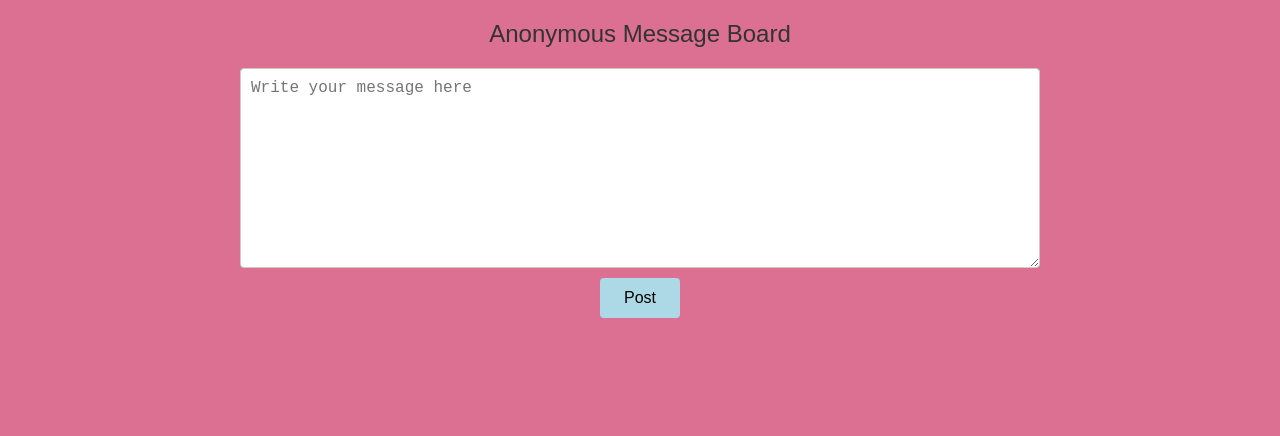
Repository: pilar122/tycha-os
Page: html1.html
An editor plug-in stored every save of this project. The page is shown before and after the next save, followed by the edit.
The browser window is 1280 px wide. The pictures show the whole page.

Above is the page before, as saved 2023-01-06 11:49:38.

### html1.html
<DOCTYPE html>
    <html>
        <head>
            <title>Tychaios</title>
            <link rel="stylesheet" type="text/css" href="style.css">
        </head>
        <body>
            <div id="container">
                <h1> Anonymous Message Board</h1>
                <form id ="message-form">
                    <textarea id="message" placeholder="Write your message here"></textarea>
                    <button type="submit">Post</button>
                </form>
                <div id="messages"></div>
            </div>
            <script src="Script.js"></script>
        </body>
    </html>

### Style.css
body {
    font-family: sans-serif;
    margin: 0;
    padding: 0;
    background-color: palevioletred;
}

#container {
    max-width: 800px;
    margin: 0 auto;
    padding: 20px;
    text-align: center;
}

h1 {
    margin: 0;
    font-size: 24px;
    font-weight: normal;
    color: #333;
}

form {
    margin-top: 20px;
    display: flex;
    flex-direction: column;
    align-items: center;
}

textarea{
    width: 100%;
    max-width: 800px;
    height: 200px;
    margin-bottom: 10px;
    font-size: 16px;
    padding: 10px;
    border: 1px solid #ccc;
    border-radius: 4px;
    box-sizing: border-box;
}

button {
    width: 80px;
    height: 40px;
    font-size: 16px;
    background-color: lightblue;
    border: none;
    border-radius: 4px;
    cursor: pointer;
}

button:hover {
    background-color: #aaa;
}

.message {
    margin-top: 20px;
    padding: 20px;
    border: 1px solid #ccc;
    border-radius: 4px;
    box-sizing: border-box;
    width: 100%;
    max-width: 800px;
}

.message p {
    margin: 0;
    font-size: 16px;
}

.message .comments {
    margin-top: 10px;

}

.message .comment {
    margin-top: 10px;
    padding: 10px;
    border-left: 1 px solid #ccc;
    font-size: 14px;
}

.message .comment {
    margin: 0;
}

### Script.js
document.addEventListener('DOMContentLoaded', () => {
    const form = document.getElementById('message-form');
    const messages = document.getElementById('messages');

    form.addEventListener('submit', (event) => {
      event.preventDefault();
      const message = document.getElementById('message').value;
      if (message) {
        const div = document.createElement('div');
        div.classList.add('message');
        div.innerHTML = `
          <p>${message}</p>
          <div class="comments"></div>
        `;
        messages.appendChild(div);
        form.reset();
      }
    });

    messages.addEventListener('click', (event) => {
      if (event.target.classList.contains('comment-button')) {
        const messageDiv = event.target.parentElement.parentElement;
        const commentForm = messageDiv.querySelector('.comment-form');
        commentForm.classList.toggle('hidden');
      }
    });

    messages.addEventListener('submit', (event) => {
      event.preventDefault();
      if (event.target.classList.contains('comment-form')) {
        const comment = event.target.querySelector('.comment-input').value;
        if (comment) {
          const commentsDiv = event.target.parentElement.querySelector('.comments');
          const commentDiv = document.createElement('div');
          commentDiv.classList.add('comment');
          commentDiv.innerHTML = `<p>${comment}</p>`;
          commentsDiv.appendChild(commentDiv);
          event.target.reset();
        }
      }
    });
  });

After the next save:
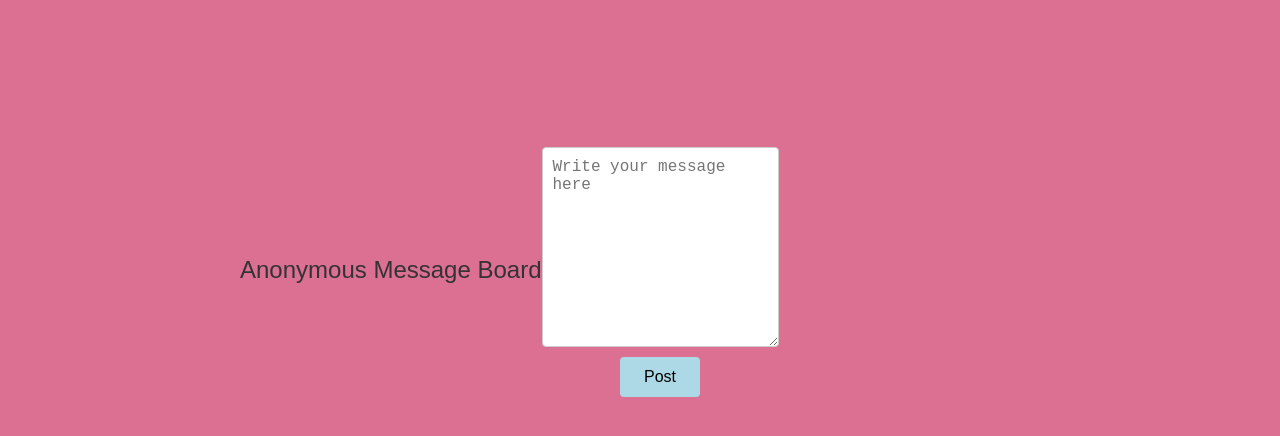
Saved 5 min 23 s later.
--- a/Style.css
+++ b/Style.css
@@ -7,9 +7,12 @@ body {
 
 #container {
     max-width: 800px;
+    height: 500px; /*Gives the element a fixed height*/
     margin: 0 auto;
     padding: 20px;
     text-align: center;
+    display: flex; /*This will allow for the use of align-items property*/
+    align-items:center; /*This will center the element*/
 }
 
 h1 {
